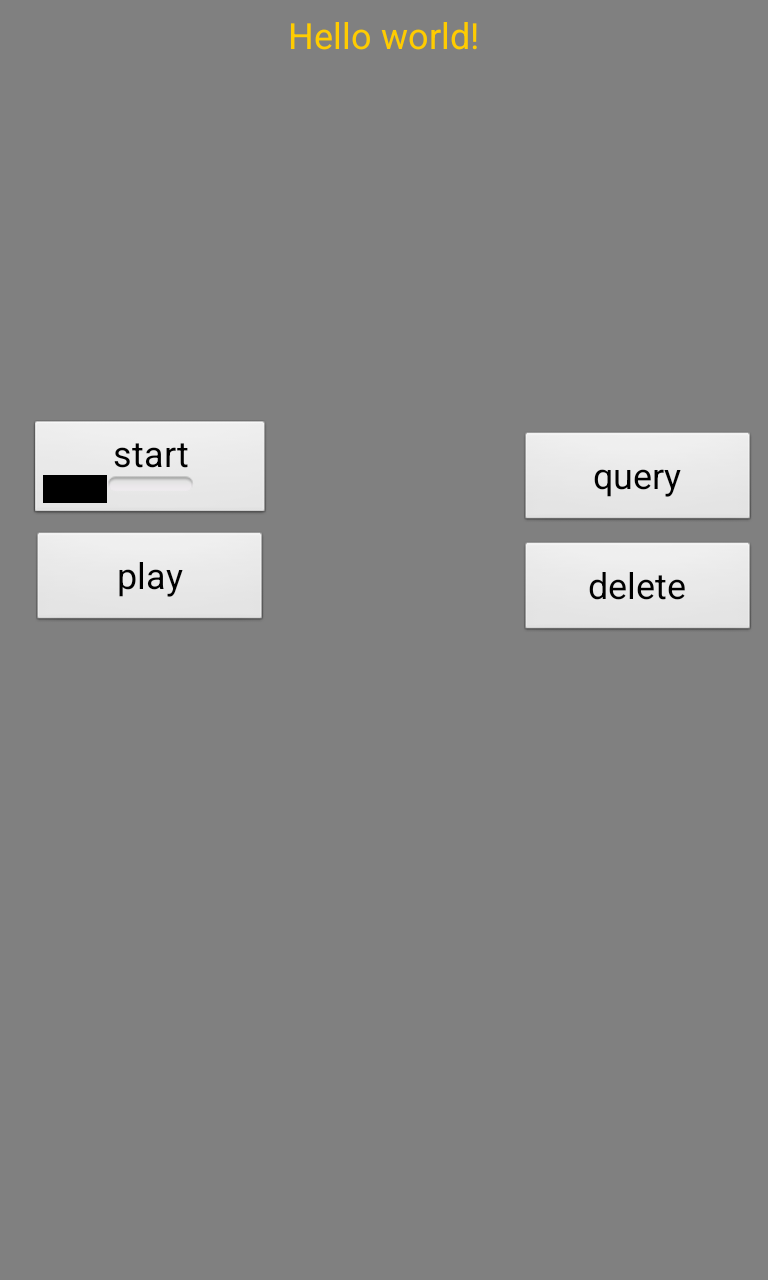
Repository: FreyrChen/tucan_Linux_practice
Layout: 4_Android_program/MusicIdentify/res/layout/activity_main.xml
An editor plug-in stored every save of this project. The layout is shown before and after the next save, followed by the edit.
It is drawn on a 768 x 1280 px phone screen (xhdpi) without system bars, with theme AppTheme; the app's code is not run.

Above is the layout before, as saved 2013-05-30 08:59:49.

After the next save:
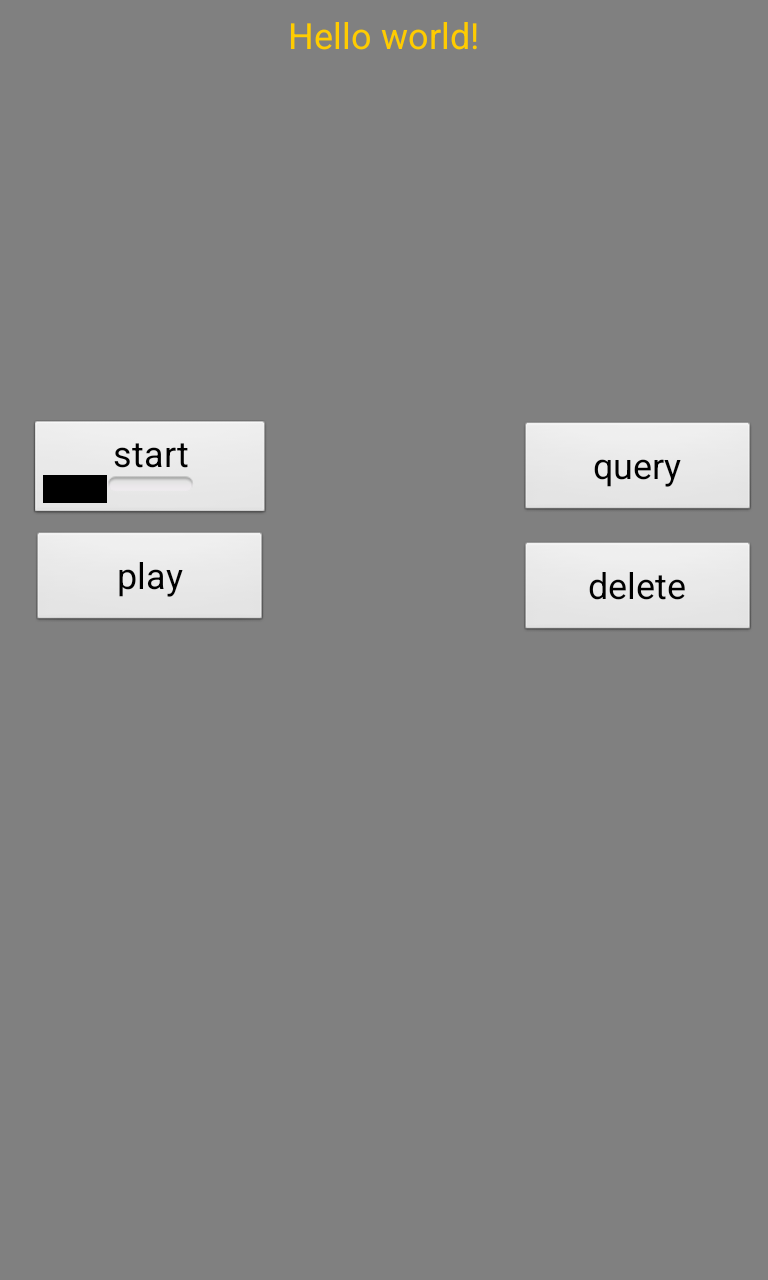
Saved 51 s later.
--- a/4_Android_program/MusicIdentify/res/layout/activity_main.xml
+++ b/4_Android_program/MusicIdentify/res/layout/activity_main.xml
@@ -39,7 +39,7 @@
 	    android:layout_marginTop="5dp"
 	    android:layout_marginLeft="10dp"
 	    android:layout_alignParentRight="true"
-	    android:layout_alignTop="@+id/start_button"
+	    android:layout_below="@+id/info_text"
  	/>
 
     <Button
